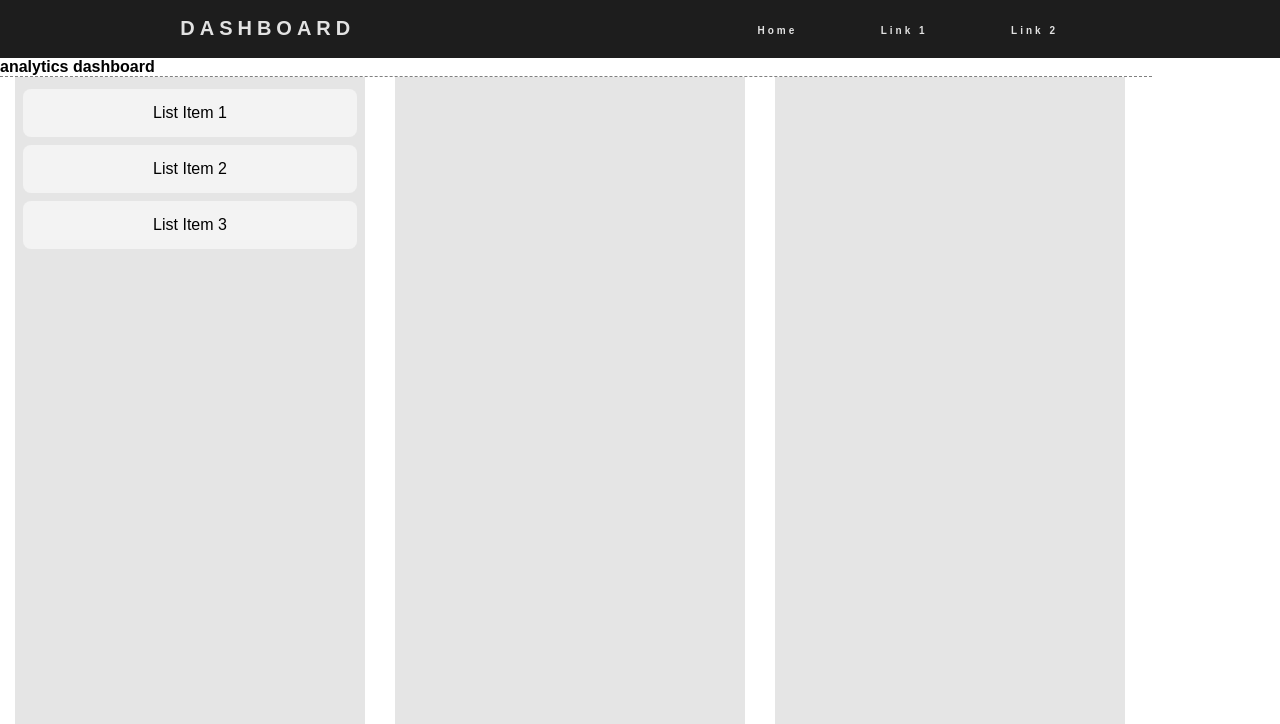
Repository: nourabdelhakam/drag-drop
Page: index.html
These files come from the project's save history. The page is drawn as it stood at one moment and after the next save; the edit follows.
The browser window is 1280 px wide. The pictures show the whole page.

Above is the page before, as saved 2020-07-03 08:00:23.

### index.html
<!DOCTYPE html>
<html lang="en">
<head>
    <meta charset="UTF-8">
    <meta name="viewport" content="width=device-width, initial-scale=1.0">
    <meta http-equiv="X-UA-Compatible" content="ie=edge">
    <title>Drag & Drop</title>
    <link rel="stylesheet" href="nav/nav.css">
    <link rel="stylesheet" href="css/main.css">
</head>
<body>

    <!-- <nav> -->
        <nav>
            <div class="logo">
                <h4>Dashboard</h4>
            </div>
            <ul class="nav-links">
                <li><a href="">Home</a></li>
                <li><a href="">Link 1</a></li>
                <li><a href="">Link 2</a></li>
            </ul>
            <div class="burger">
                <div class="line1"></div>
                <div class="line2"></div>
                <div class="line3"></div>
            </div>
        </nav>
      <!-- </nav> end of nav -->

      <section>
          <h4>analytics dashboard </h4>
          <div class="container">
            <div class="lists">
                <div class=" left list">
                    <div class="list-item" draggable="true">List Item 1</div>
                    <div class="list-item" draggable="true">List Item 2</div>
                    <div class="list-item" draggable="true">List Item 3</div>
                </div>
                <div class="list"></div>
                <div class="list"></div>
            </div>
        </div>
      </section>


    <script src="main.js" type="text/javascript"></script>
    <script src="nav/nav.js" type="text/javascript"></script>
</body>
</html>

### nav/nav.css
nav {
    display: flex;
    justify-content: space-around;
    align-items: center;
    min-height: 8vh;
    background-color: #1D1D1D;
    font-family: "Poppins", sans-serif;
}
.logo {
    color: rgb(226, 226, 226);
    text-transform: uppercase;
    letter-spacing: 5px;
    font-size: 20px;
}
.nav-links {
    display: flex;
    justify-content: space-around;
    width: 30%;
}
.nav-links li {
    list-style: none;
}
.nav-links a {
    color: rgb(226, 226, 226);
    text-decoration: none;
    letter-spacing: 3px;
    font-weight: bold;
    font-size: 10px;
}
.burger {
    display: none;
    cursor: pointer;
}
.burger div {
    width: 25px;
    height: 3px;
    background-color: rgb(226, 226, 226);
    margin: 5px;
    transition: all 0.3s ease;
}


@media screen and (max-width:1024px) {
    .nav-links {
        width: 60%;
    }
}

@media screen and (max-width:768px) {

    body {
        overflow-x: hidden;
    }
    .nav-links {
        position: absolute;
        right: 0px;
        height: 92vh;
        top: 8vh;
        background-color: #1D1D1D;
        display: flex;
        flex-direction: column;
        align-items: center;
        width: 50%;
        transform: translatex(100%);
        transition: transform 0.5s ease-in;
    }
    .nav-links li {
        opacity: 0;
    }
    .burger {
        display: block;
    }
}

.nav-active {
    transform: translatex(0%);
}

@keyframes navLinkFade {
    from {
        opacity: 0;
        transform: translatex(50%);
    }
    to {
        opacity: 1;
        transform: translatex(0%);
    }
}

.toggle .line1 {
    transform: rotate(-45deg) translate(-5px, 6px);
}
.toggle .line2 {
    opacity: 0;
}
.toggle .line3 {
    transform: rotate(45deg) translate(-5px, -6px);
}

.landing {
    height: 90vh;
    display: flex;
    justify-content: center;
    align-items: center;
}
.landing h1 {
    margin: 100px;
    font-size: 50px;
    color: #ae5fce;
}

### css/main.css
* {
    margin: 0;
    padding: 0;
    box-sizing: border-box;
}
body {
    font-family: Arial, Helvetica, sans-serif;
}
.container {
    display: flex;
    flex-flow: column;
    width: 90vw;
    height: 90vh;
    border-top: 1px dashed gray;
}
.lists {
    display: flex;
    flex: 1;
    width: 100%;
    /* overflow: scroll; */
}
.lists .list {
    display: flex;
    flex-flow: column;
    flex: 1;

    width: 100%;
    min-width: 250px;
    max-width: 350px;
    height: 100%;
    min-height: 150px;

    background-color: rgba(0, 0, 0, 0.1);
    margin: 0 15px;
    padding: 8px;
    transition: all 0.2s linear;
}
.lists .list .left {
    background-color: green;
}
.lists .list .list-item {
    background-color: #F3F3F3;
    border-radius: 8px;
    padding: 15px 20px;
    text-align: center;
    margin: 4px 0;
}

### main.js
const list_items = document.querySelectorAll('.list-item');
const lists = document.querySelectorAll('.list');

let draggedItem = null;

for (let i = 0; i < list_items.length; i++) {
	const item = list_items[i];

	item.addEventListener('dragstart', function () {
		draggedItem = item;
		setTimeout(function () {
			item.style.display = 'none';
		}, 0)
	});

	item.addEventListener('dragend', function () {
		setTimeout(function () {
			draggedItem.style.display = 'block';
			draggedItem = null;
		}, 0);
	})

	for (let j = 0; j < lists.length; j ++) {
		const list = lists[j];

		list.addEventListener('dragover', function (e) {
			e.preventDefault();
		});

		list.addEventListener('dragenter', function (e) {
			e.preventDefault();
			this.style.backgroundColor = 'rgba(0, 0, 0, 0.2)';
		});

		list.addEventListener('dragleave', function (e) {
			this.style.backgroundColor = 'rgba(0, 0, 0, 0.1)';
		});

		list.addEventListener('drop', function (e) {
			console.log('drop');
			this.append(draggedItem);
			this.style.backgroundColor = 'rgba(0, 0, 0, 0.1)';
		});
	}
}

### nav/nav.js
const navSlide = () => {
    const burger = document.querySelector('.burger');
    const nav = document.querySelector('.nav-links');
    const navLinks = document.querySelectorAll('.nav-links li');


    burger.addEventListener('click', () => {

        //Toggle Nav
        nav.classList.toggle('nav-active');

        //Animate Links
        navLinks.forEach((link, index) => {

            if (link.style.animation) {
                link.style.animation = '';
            } else {
                link.style.animation = `navLinkFade 0.5s ease forwards ${index / 7 + 0.3}s`;
            }

        });

        //Burger Animation
        burger.classList.toggle('toggle');
    });

}

navSlide();

After the next save:
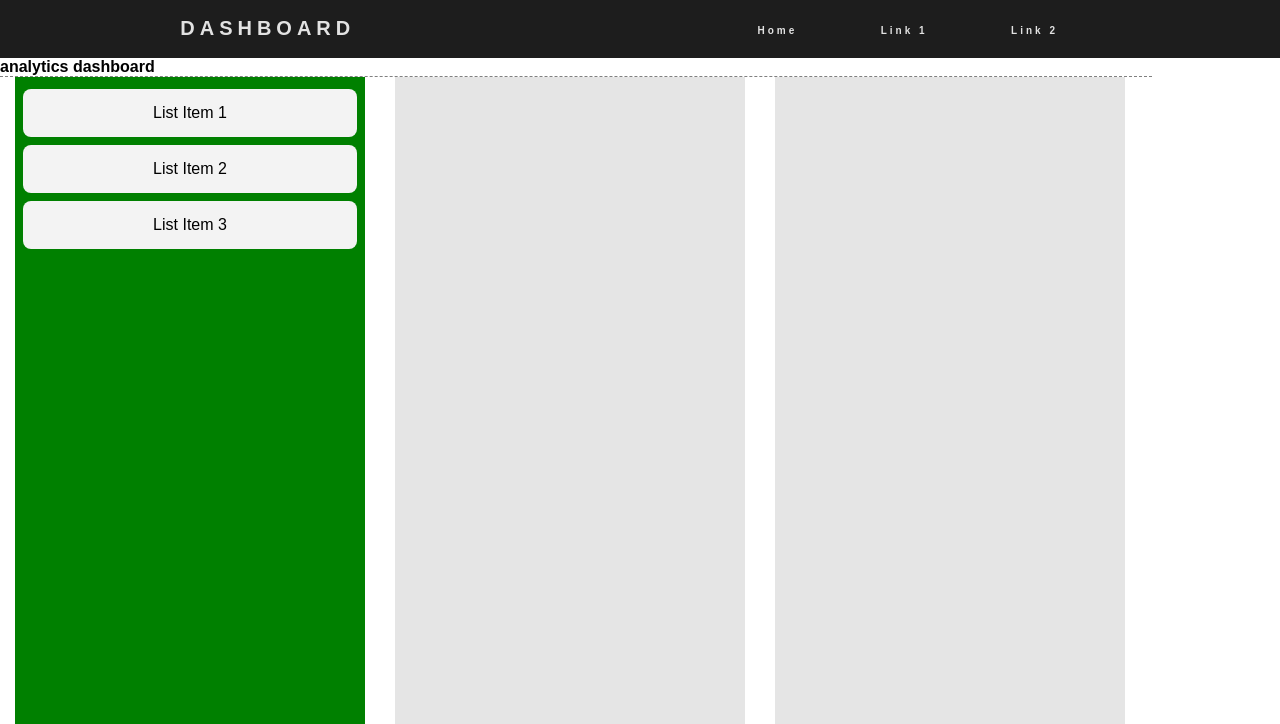
Saved 13 s later.
--- a/css/main.css
+++ b/css/main.css
@@ -35,7 +35,7 @@ body {
     padding: 8px;
     transition: all 0.2s linear;
 }
-.lists .list .left {
+.lists  .left {
     background-color: green;
 }
 .lists .list .list-item {
